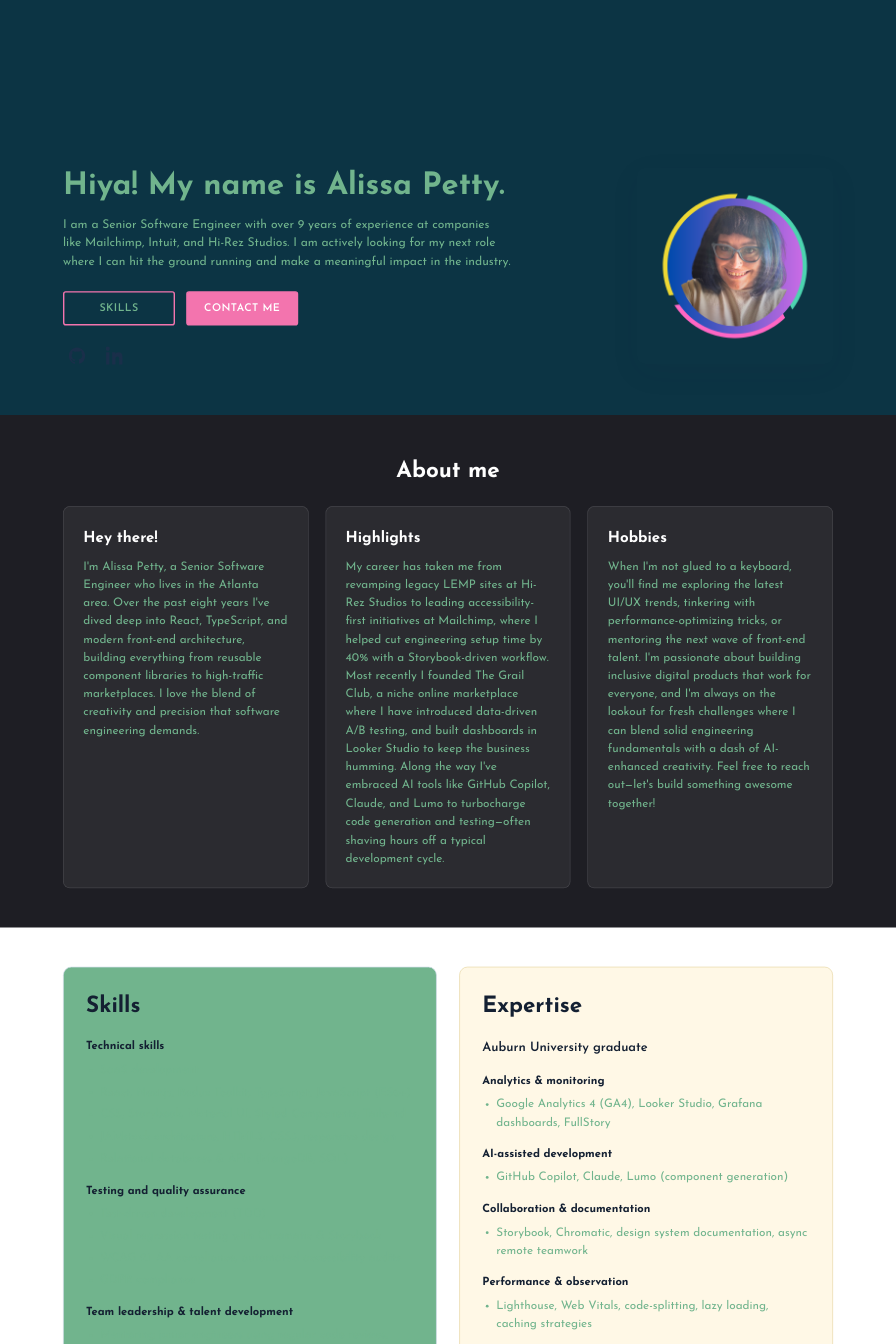
Repository: AlissaSPetty/alissa-petty-com
Page: /
An editor plug-in stored every save of this project. The page is shown before and after a run of saves, followed by the edit.
The browser window is 1280 px wide. The pictures show the part of the page from y = 0 to 1920 px (the page is 4285 px tall), at 70% of full size.
The project was rebuilt for these pictures with package versions that can differ from the ones it lists, and the page was loaded fresh each time. Also part of the build but not shown: vite.config.ts, src/legal.css, src/pages/LegalPage.tsx.

Above is the page before, as saved 2026-05-03 18:02:41.

After the next 2 saves:
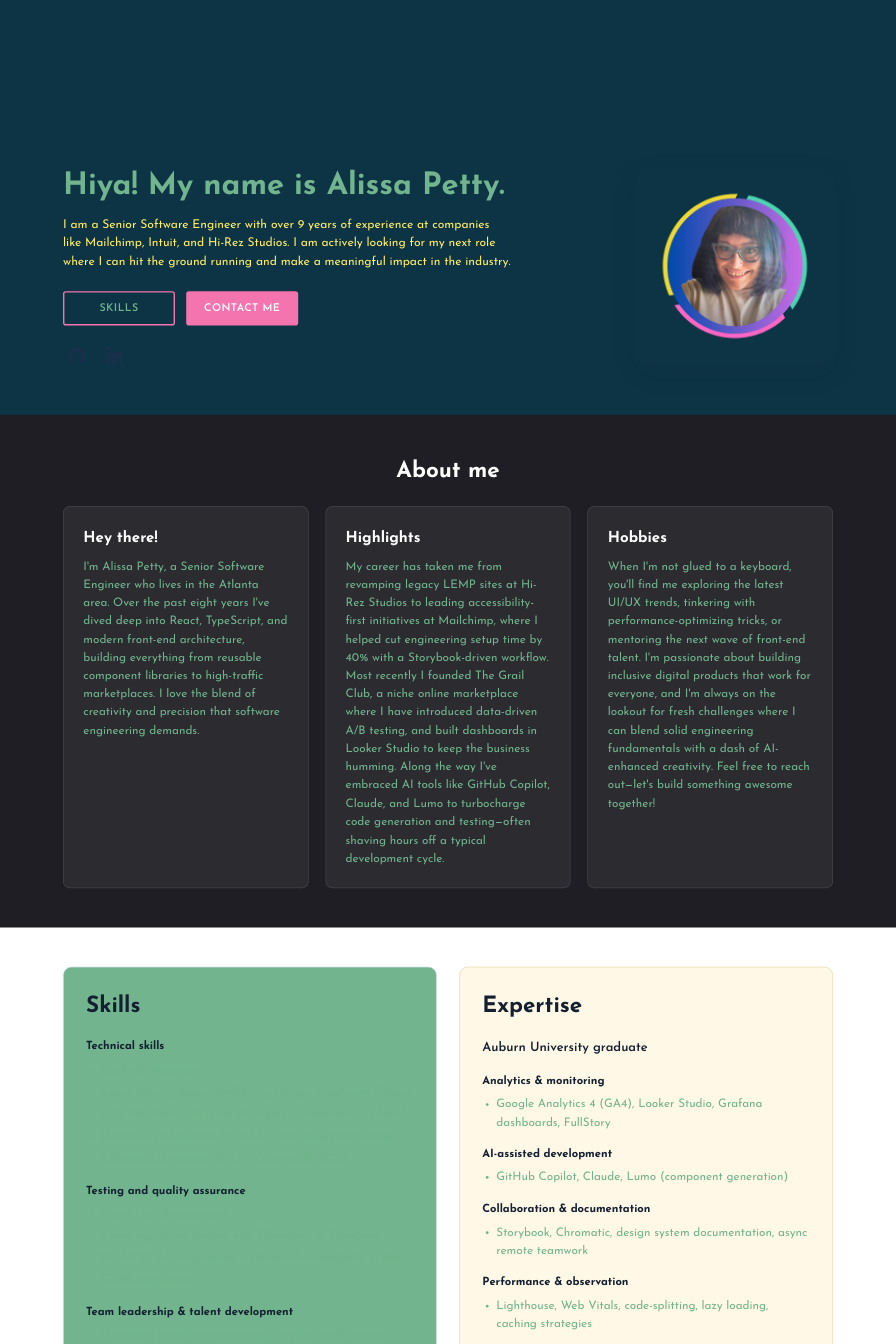
The 2 saves are shown as one change because they came seconds apart.
The last was saved 11 s later.
--- a/src/index.css
+++ b/src/index.css
@@ -117,7 +117,7 @@
 .lead {
   margin: 0 0 1.75rem;
   font-size: 1.08rem;
-  color: var(--text-on-dark);
+  color: var(--yellow);
 }
 
 .hero-actions {
